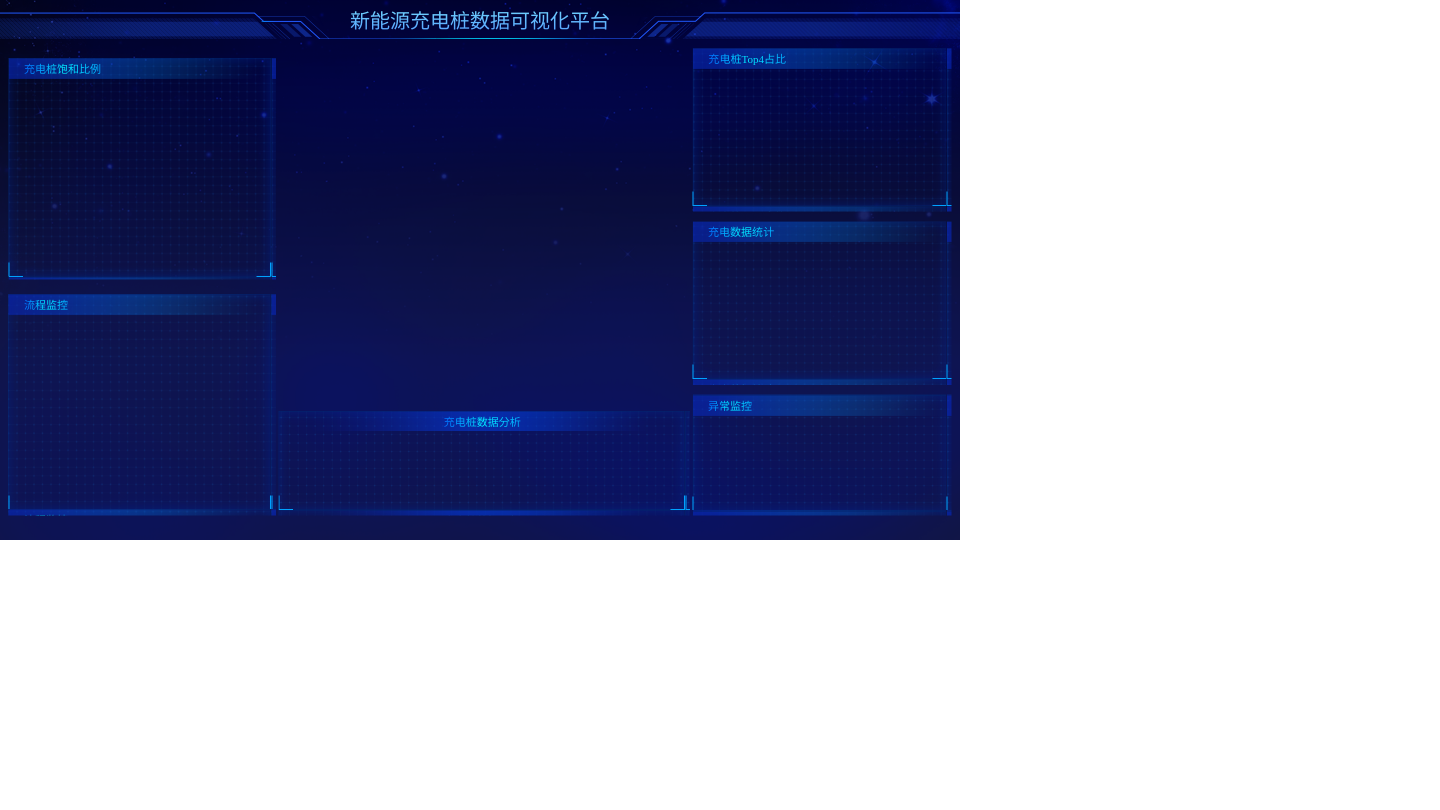
Repository: duheng678/power-screen
Page: /
These files come from the project's save history. The page is drawn as it stood at one moment and after the next save; the edit follows.
The browser window is 1280 px wide. The page is 1280 px wide, then 1920 px, then 1280 px, so the pictures cover 1920 px, including what lies to the right of the window. The pictures show the whole page, at 75% of full size.
The project was rebuilt for these pictures with package versions that can differ from the ones it lists, and the page was loaded fresh each time. Also part of the build but not shown: vite.config.js.

Above is the page before, as saved 2023-02-24 15:19:46.

After the next save:
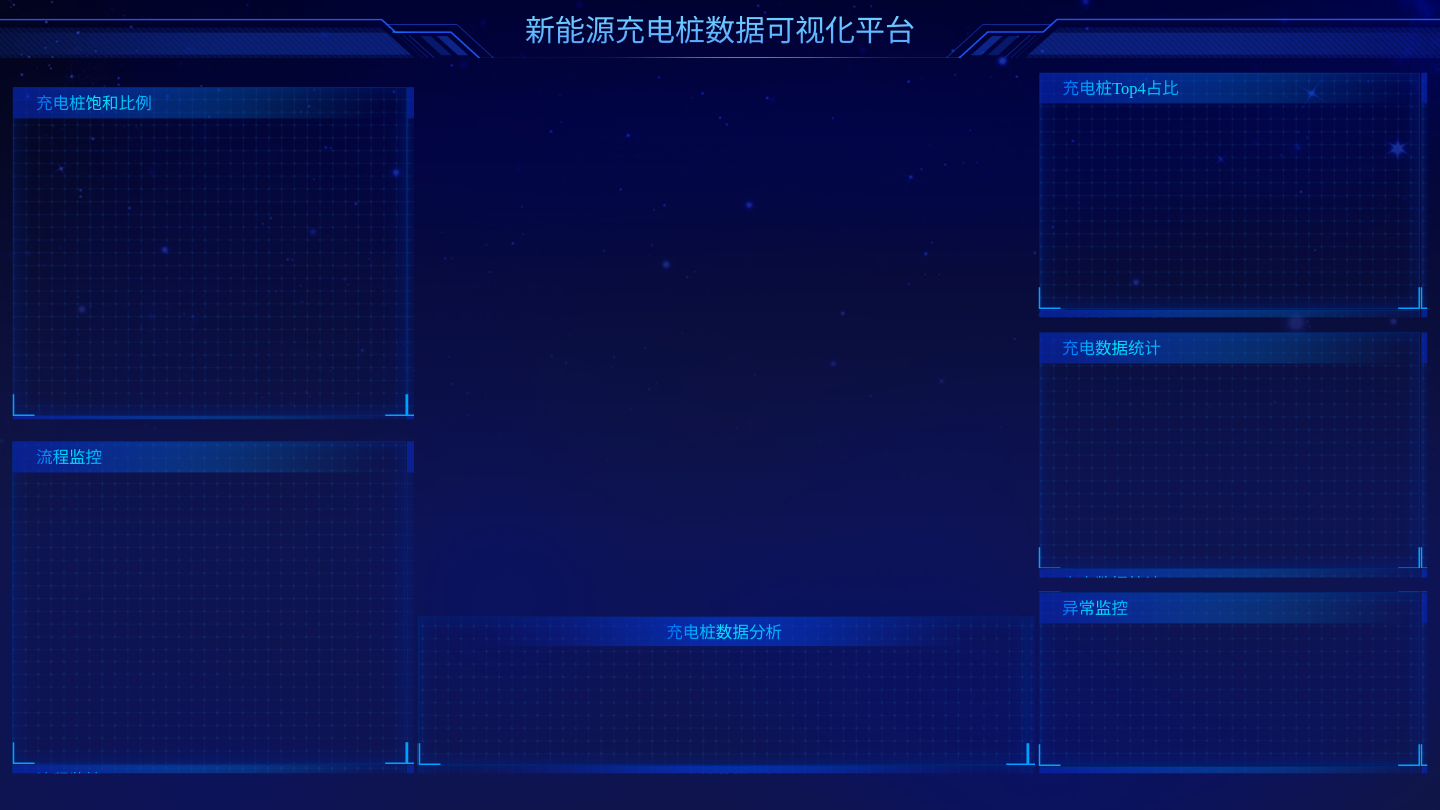
Saved 15 s later.
--- a/src/App.vue
+++ b/src/App.vue
@@ -35,7 +35,7 @@
 }
 const resizeFunc = _.throttle(triggerScale, 100);
 onMounted(() => {
-  triggerScale();
+  // triggerScale();
   window.addEventListener("resize", resizeFunc);
 });
 onUnmounted(() => {

After the save that followed:
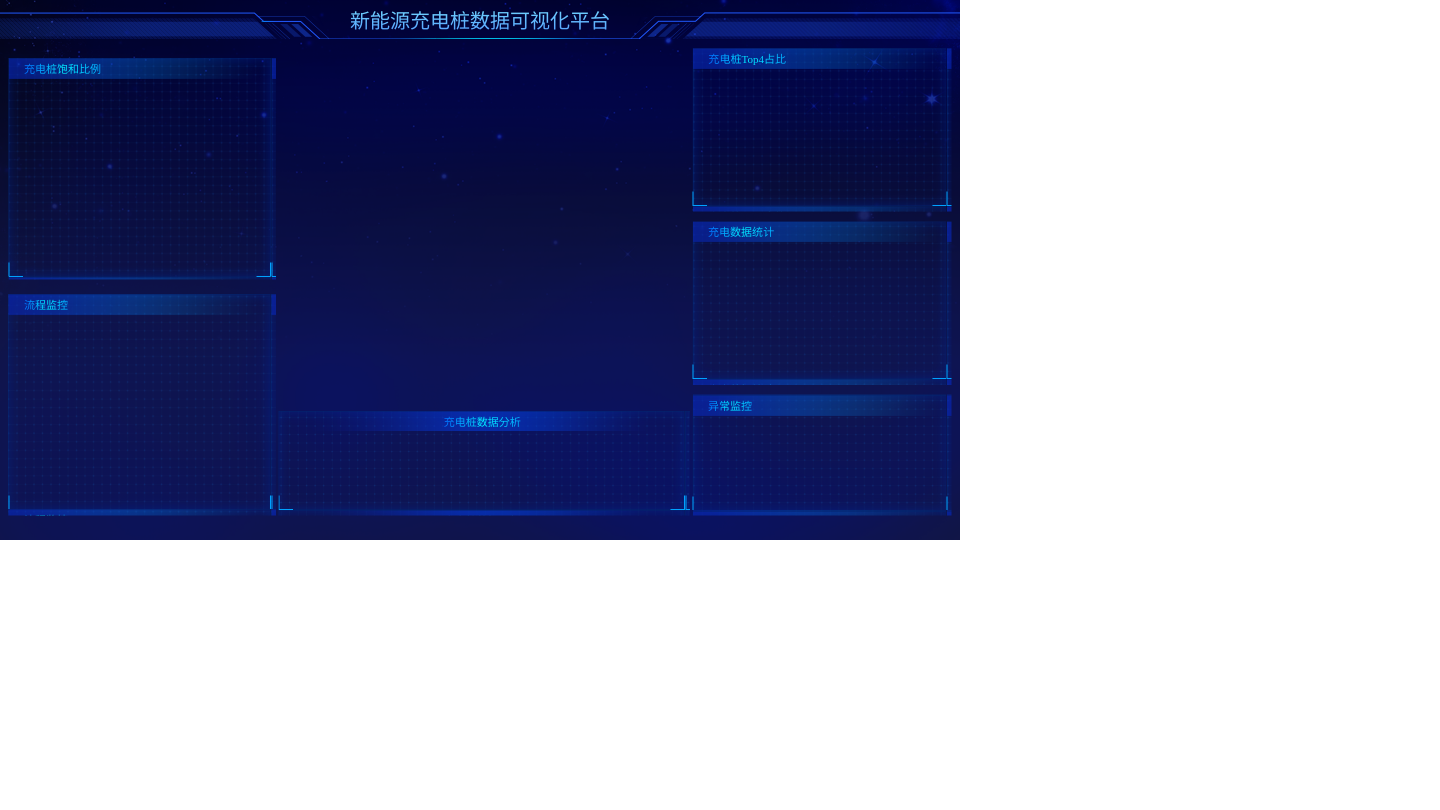
Saved 7 s later.
--- a/src/App.vue
+++ b/src/App.vue
@@ -35,7 +35,7 @@
 }
 const resizeFunc = _.throttle(triggerScale, 100);
 onMounted(() => {
-  // triggerScale();
+  triggerScale();
   window.addEventListener("resize", resizeFunc);
 });
 onUnmounted(() => {
